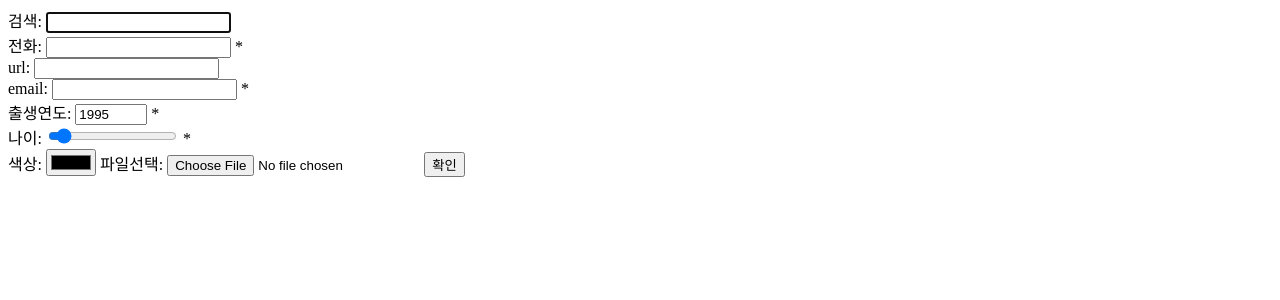
Repository: Jin0207/html_css
Page: day1130/src/main/webapp/enhancedTag.html
These files come from the project's save history. The page is drawn as it stood at one moment and after the next save; the edit follows.
The browser window is 1280 px wide. The pictures show the whole page.

Above is the page before, as saved 2021-11-30 07:06:31.

After the next save:
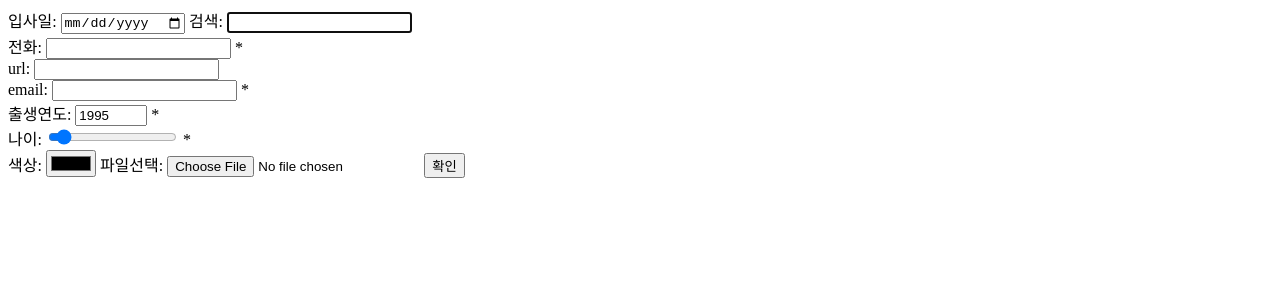
Saved 13 min 32 s later.
--- a/day1130/src/main/webapp/enhancedTag.html
+++ b/day1130/src/main/webapp/enhancedTag.html
@@ -6,6 +6,7 @@
 </head>
 <body>
 	<form action="enhancedTag.jsp" method="post">
+		입사일: <input type="date" name="hiredate">
 		검색: <input type="search" name="keyword" autofocus="autofocus"> <br>
 		전화: <input type="tel" name="tel" pattern="[0-9]{3}-[0-9]{3,4}-[0-9]{4}" required="required"> *<br>
 		url: <input type="url" name="url"> <br>
